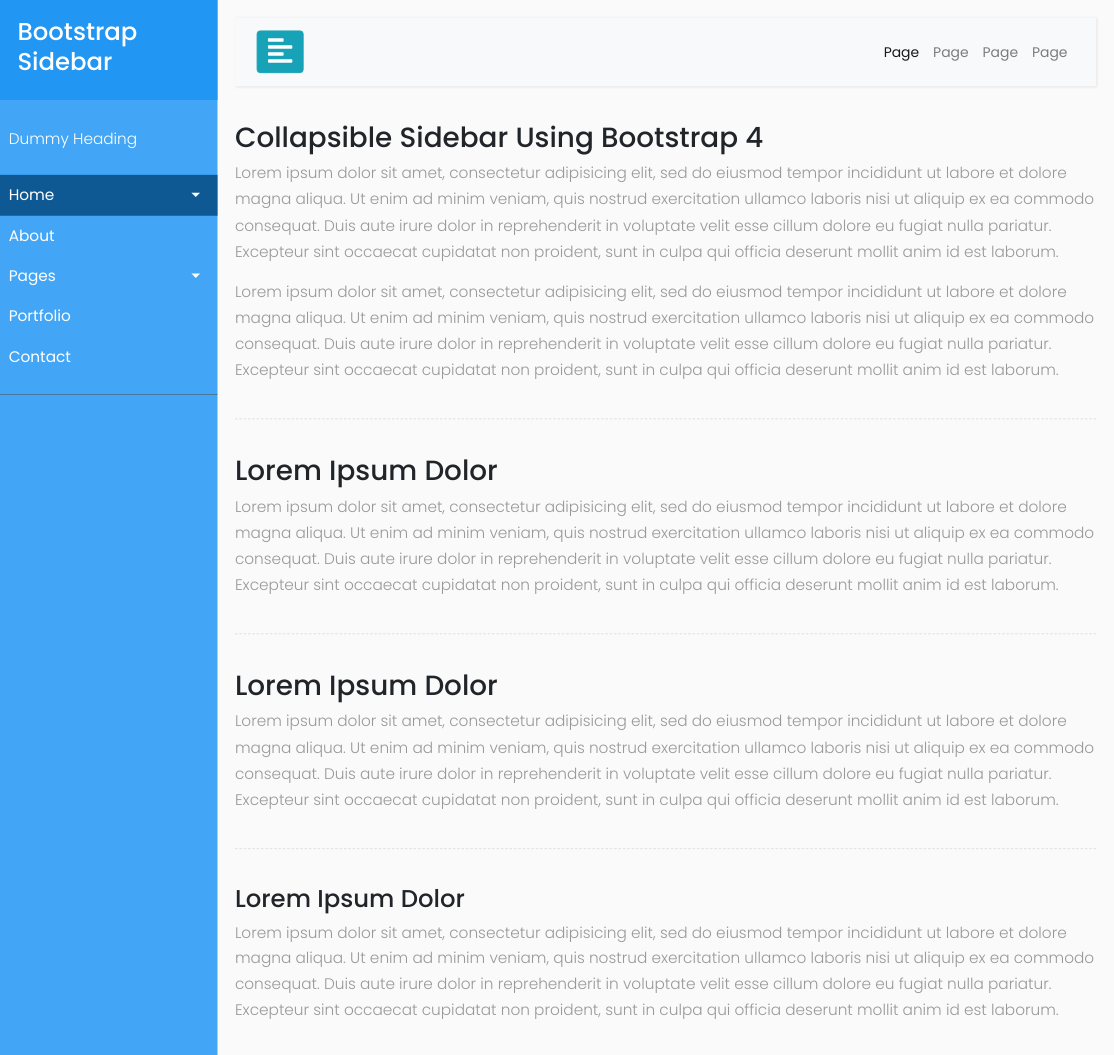
Repository: thiagosfideles/aprendendo-git
Page: http://localhost/
The author's editor kept a record of every edit. The page is drawn from the files as they stood at one moment, then again after the next edit.
The browser window is 1280 px wide. The pictures show the whole page, at 87% of full size.
Some web libraries are served in a nearby version. The page is run by PHP 8.4 with error messages shown; the project is at /var/www/html/.

Above is the page before.

After the next edit:
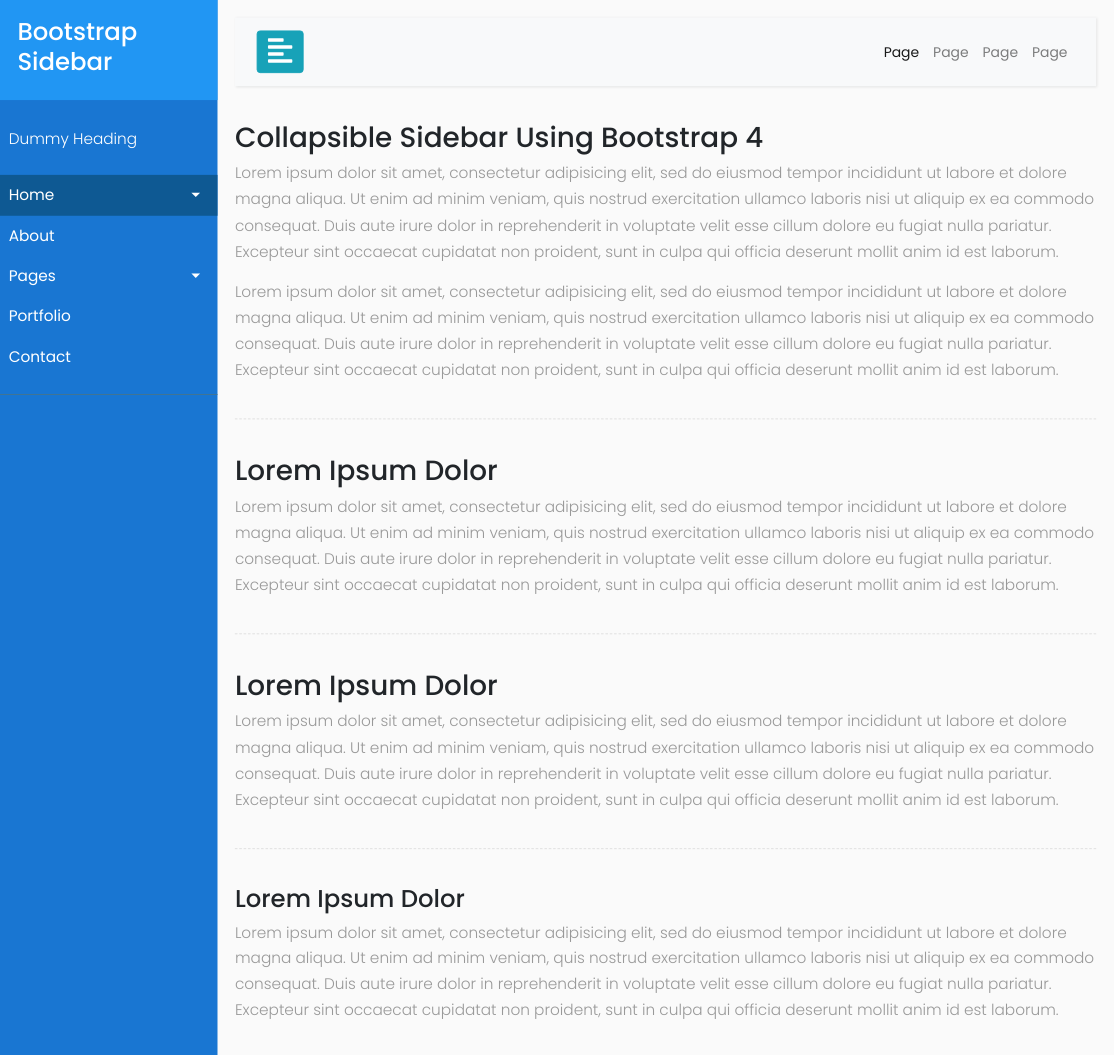
The edit:
--- a/css/style.css
+++ b/css/style.css
@@ -59,7 +59,7 @@
 #sidebar {
     min-width: 250px;
     max-width: 250px;
-    background: #42a5f5;
+    background: #1976d2;
     color: #fff;
     transition: all 0.3s;
 }
